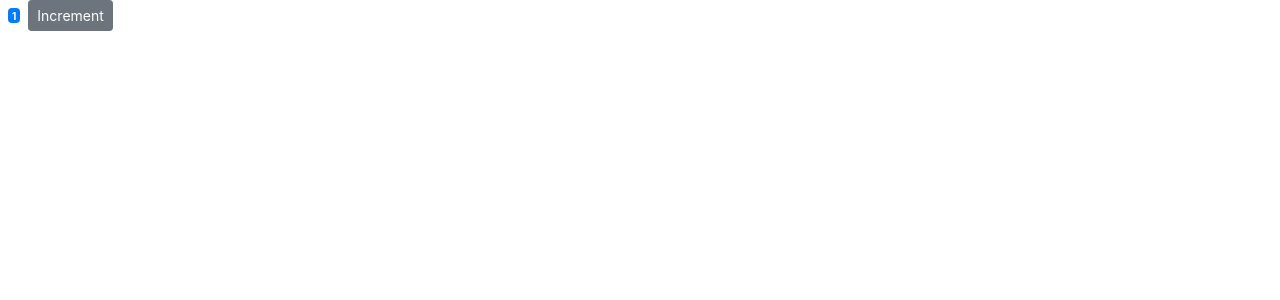
Repository: NikhilSurani/counter-app
Page: /
These files come from the project's save history. The page is drawn as it stood at one moment and after the next save; the edit follows.
The browser window is 1280 px wide. The pictures show the whole page.
The project was rebuilt for these pictures with package versions that can differ from the ones it lists, and the page was loaded fresh each time.

Above is the page before, as saved 2018-12-28 18:54:29.

### src/index.js
import React from "react";
import ReactDOM from "react-dom";
import "./index.css";
// import App from "./App";
import * as serviceWorker from "./serviceWorker";
import "bootstrap/dist/css/bootstrap.css";
import Counter from "./components/counter";

ReactDOM.render(<Counter />, document.getElementById("root"));

// If you want your app to work offline and load faster, you can change
// unregister() to register() below. Note this comes with some pitfalls.
// Learn more about service workers: http://bit.ly/CRA-PWA
serviceWorker.unregister();

### src/components/counter.jsx
import React, { Component } from "react";
class Counter extends Component {
  state = {
    count: 1
    // imageUrl: "https://picsum.photos/200"
  };
  styles = {
    fontSize: 10,
    fontWeight: "bold"
  };
  render() {
    return (
      <React.Fragment>
        <span style={{ fontSize: 10 }} className={this.getBadgeClasses()}>
          {this.formatCount()}
        </span>
        <button className="btn btn-secondary btn-sm">Increment</button>
      </React.Fragment>
    );
  }
  formatCount() {
    const { count } = this.state;
    return count !== 0 ? count : "ZERO";
  }
  getBadgeClasses() {
    let classes = "badge m-2 badge-";
    classes += this.state.count === 0 ? "warning" : "primary";
    return classes;
  }
}

export default Counter;

Loaded but not shown: public/index.html (common file); src/index.css (common file); src/serviceWorker.js (common file)

After the next save:
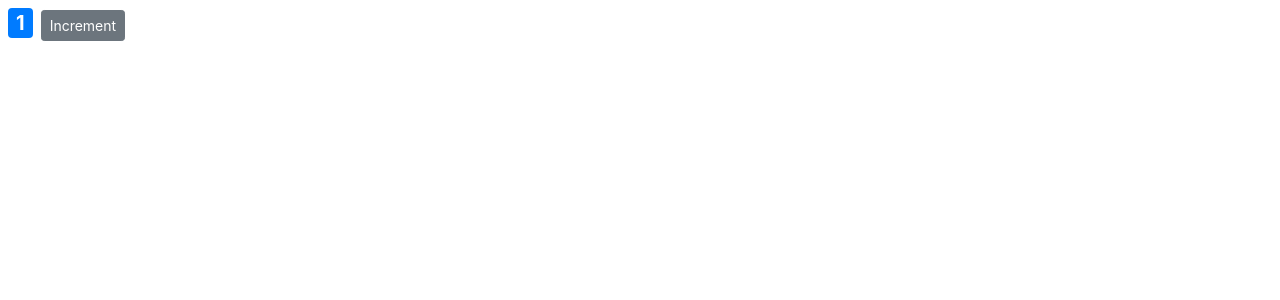
Saved 4 s later.
--- a/src/components/counter.jsx
+++ b/src/components/counter.jsx
@@ -11,7 +11,7 @@ class Counter extends Component {
   render() {
     return (
       <React.Fragment>
-        <span style={{ fontSize: 10 }} className={this.getBadgeClasses()}>
+        <span style={{ fontSize: 20 }} className={this.getBadgeClasses()}>
           {this.formatCount()}
         </span>
         <button className="btn btn-secondary btn-sm">Increment</button>
